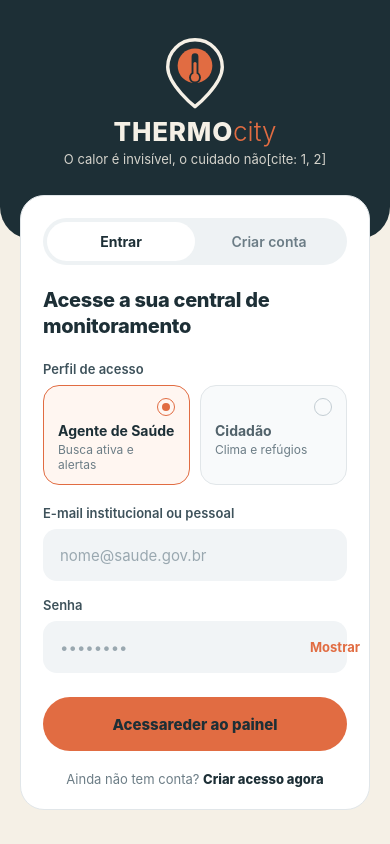
Repository: ThermoCity/thermo-city-mobile
Screen: /
These files come from the project's save history. The screen is drawn as it stood at one moment and after the next save; the edit follows.
The app was drawn by React Native's web renderer in a window 390 px wide. The project was rebuilt for these pictures with package versions that can differ from the ones it lists, and the page was loaded fresh each time. Some packages were replaced by stand-ins written for this rebuild.

Above is the screen before, as saved 2026-11-14 02:21:29.

### App.tsx
import LoginScreen from './src/screens/Login';
import { NavigationContainer } from '@react-navigation/native';
import { createNativeStackNavigator } from '@react-navigation/native-stack';


const Stack = createNativeStackNavigator();

export default function App() {
  return (
    <NavigationContainer>
        <Stack.Navigator>
          <Stack.Screen
            name="Login"
            component={LoginScreen}
            options={{ headerShown: false }}
          />
          </Stack.Navigator>
    </NavigationContainer>
  )
}

### src/screens/Login.tsx
import React, { useState } from 'react';
import {
  View,
  Text,
  TextInput,
  TouchableOpacity,
  StyleSheet,
  KeyboardAvoidingView,
  Platform,
  ScrollView,
  StatusBar,
} from 'react-native';
import { SafeAreaView } from 'react-native-safe-area-context';
import ThermoLogo from '../components/ThermoLogo';
import { BRAND_COLORS } from '../theme/thermoTheme';

export interface UserProfile {
  name: string;
  role: 'agente' | 'cidadao';
  unit: string;
}

type FieldKey = 'name' | 'email' | 'code' | 'password';

const ROLES: {
  key: 'agente' | 'cidadao';
  title: string;
  subtitle: string;
}[] = [
  { key: 'agente', title: 'Agente de Saúde', subtitle: 'Busca ativa e alertas' },
  { key: 'cidadao', title: 'Cidadão', subtitle: 'Clima e refúgios' },
];

const PLACEHOLDER_COLOR = '#9AA8B0';

export default function LoginScreen() {
  const [isRegistering, setIsRegistering] = useState<boolean>(false);
  const [role, setRole] = useState<'agente' | 'cidadao'>('agente');
  const [name, setName] = useState<string>('');
  const [email, setEmail] = useState<string>('');
  const [credentialCode, setCredentialCode] = useState<string>('');
  const [password, setPassword] = useState<string>('');
  const [showPassword, setShowPassword] = useState<boolean>(false);
  const [focused, setFocused] = useState<FieldKey | null>(null);

  const inputStyle = (key: FieldKey) => [
    styles.input,
    focused === key && styles.inputFocused,
  ];

  const focusProps = (key: FieldKey) => ({
    onFocus: () => setFocused(key),
    onBlur: () => setFocused((current) => (current === key ? null : current)),
  });

  return (
    <SafeAreaView style={styles.safeArea}>
      <StatusBar barStyle="light-content" backgroundColor={BRAND_COLORS.azulEscuro} />

      <KeyboardAvoidingView
        behavior={Platform.OS === 'ios' ? 'padding' : undefined}
        style={styles.flex}
      >
        <ScrollView
          style={styles.scroll}
          contentContainerStyle={styles.scrollContent}
          keyboardShouldPersistTaps="handled"
          showsVerticalScrollIndicator={false}
          bounces={false}
        >
          {/* ───────── MARCA ───────── */}
          <View style={styles.hero}>
            <ThermoLogo variant="dark" showText showSlogan size={62} />
          </View>

          {/* ───────── FORMULÁRIO ───────── */}
          <View style={styles.content}>
            <View style={styles.card}>
              <View style={styles.tabContainer}>
                <TouchableOpacity
                  style={[styles.tab, !isRegistering && styles.tabActive]}
                  onPress={() => setIsRegistering(false)}
                  activeOpacity={0.8}
                >
                  <Text style={[styles.tabText, !isRegistering && styles.tabTextActive]}>
                    Entrar
                  </Text>
                </TouchableOpacity>

                <TouchableOpacity
                  style={[styles.tab, isRegistering && styles.tabActive]}
                  onPress={() => setIsRegistering(true)}
                  activeOpacity={0.8}
                >
                  <Text style={[styles.tabText, isRegistering && styles.tabTextActive]}>
                    Criar conta
                  </Text>
                </TouchableOpacity>
              </View>

              <Text style={styles.formTitle}>
                {isRegistering
                  ? 'Registe o seu acesso no ThermoCity'
                  : 'Acesse a sua central de monitoramento'}
              </Text>

              <Text style={styles.label}>Perfil de acesso</Text>
              <View style={styles.roleRow}>
                {ROLES.map((item) => {
                  const selected = role === item.key;
                  return (
                    <TouchableOpacity
                      key={item.key}
                      style={[styles.roleButton, selected && styles.roleButtonSelected]}
                      onPress={() => setRole(item.key)}
                      activeOpacity={0.85}
                    >
                      <View style={styles.roleTop}>
                        <View style={[styles.radio, selected && styles.radioSelected]}>
                          {selected && <View style={styles.radioDot} />}
                        </View>
                      </View>
                      <Text style={[styles.roleTitle, selected && styles.roleTitleSelected]}>
                        {item.title}
                      </Text>
                      <Text style={styles.roleSubtitle}>{item.subtitle}</Text>
                    </TouchableOpacity>
                  );
                })}
              </View>

              {isRegistering && (
                <View style={styles.inputGroup}>
                  <Text style={styles.label}>Nome completo</Text>
                  <TextInput
                    style={inputStyle('name')}
                    placeholder="Ex.: Mariana Silva"
                    placeholderTextColor={PLACEHOLDER_COLOR}
                    value={name}
                    onChangeText={setName}
                    {...focusProps('name')}
                  />
                </View>
              )}

              <View style={styles.inputGroup}>
                <Text style={styles.label}>E-mail institucional ou pessoal</Text>
                <TextInput
                  style={inputStyle('email')}
                  placeholder="nome@saude.gov.br"
                  placeholderTextColor={PLACEHOLDER_COLOR}
                  keyboardType="email-address"
                  autoCapitalize="none"
                  autoCorrect={false}
                  value={email}
                  onChangeText={setEmail}
                  {...focusProps('email')}
                />
              </View>

              {isRegistering && (
                <View style={styles.inputGroup}>
                  <Text style={styles.label}>
                    {role === 'agente'
                      ? 'Matrícula / Registo da Equipe'
                      : 'Morada ou Código Postal de referência'}
                  </Text>
                  <TextInput
                    style={inputStyle('code')}
                    placeholder={role === 'agente' ? 'Ex.: ACS-4092' : 'Ex.: 19010-000'}
                    placeholderTextColor={PLACEHOLDER_COLOR}
                    value={credentialCode}
                    onChangeText={setCredentialCode}
                    {...focusProps('code')}
                  />
                </View>
              )}

              <View style={styles.inputGroup}>
                <Text style={styles.label}>Senha</Text>
                <View style={[styles.passwordWrap, focused === 'password' && styles.inputFocused]}>
                  <TextInput
                    style={styles.passwordInput}
                    placeholder="••••••••"
                    placeholderTextColor={PLACEHOLDER_COLOR}
                    secureTextEntry={!showPassword}
                    autoCapitalize="none"
                    value={password}
                    onChangeText={setPassword}
                    {...focusProps('password')}
                  />
                  <TouchableOpacity
                    onPress={() => setShowPassword((v) => !v)}
                    hitSlop={{ top: 10, bottom: 10, left: 10, right: 10 }}
                    accessibilityLabel={showPassword ? 'Ocultar senha' : 'Mostrar senha'}
                  >
                    <Text style={styles.showPasswordText}>
                      {showPassword ? 'Ocultar' : 'Mostrar'}
                    </Text>
                  </TouchableOpacity>
                </View>
              </View>

              <TouchableOpacity
                style={styles.submitButton}
                onPress={ () => {}}
                activeOpacity={0.85}
              >
                <Text style={styles.submitButtonText}>
                  {isRegistering ? 'Concluir registro' : 'Acessareder ao painel'}
                </Text>
              </TouchableOpacity>

              <TouchableOpacity
                style={styles.switchPrompt}
                onPress={() => setIsRegistering(!isRegistering)}
              >
                <Text style={styles.switchPromptText}>
                  {isRegistering ? 'Já possui registo? ' : 'Ainda não tem conta? '}
                  <Text style={styles.switchPromptHighlight}>
                    {isRegistering ? 'Iniciar sessão' : 'Criar acesso agora'}
                  </Text>
                </Text>
              </TouchableOpacity>
            </View>
          </View>
        </ScrollView>
      </KeyboardAvoidingView>
    </SafeAreaView>
  );
}

const styles = StyleSheet.create({
  safeArea: {
    flex: 1,
    backgroundColor: BRAND_COLORS.azulEscuro,
  },
  flex: {
    flex: 1,
  },
  scroll: {
    flex: 1,
    backgroundColor: BRAND_COLORS.offWhite,
  },
  scrollContent: {
    flexGrow: 1,
    paddingBottom: 36,
  },

  /* Marca */
  hero: {
    backgroundColor: BRAND_COLORS.azulEscuro,
    alignItems: 'center',
    paddingTop: 36,
    paddingBottom: 72,
    paddingHorizontal: 24,
    borderBottomLeftRadius: 32,
    borderBottomRightRadius: 32,
  },

  /* Cartão */
  content: {
    paddingHorizontal: 20,
    marginTop: -44,
  },
  card: {
    backgroundColor: BRAND_COLORS.branco,
    borderRadius: 24,
    padding: 22,
    borderWidth: StyleSheet.hairlineWidth,
    borderColor: '#E1E6E9',
    ...Platform.select({
      ios: {
        shadowColor: '#0B1A20',
        shadowOffset: { width: 0, height: 10 },
        shadowOpacity: 0.1,
        shadowRadius: 22,
      },
      android: { elevation: 5 },
      default: {},
    }),
  },

  /* Abas */
  tabContainer: {
    flexDirection: 'row',
    backgroundColor: '#EEF2F4',
    borderRadius: 999,
    padding: 4,
    marginBottom: 22,
  },
  tab: {
    flex: 1,
    paddingVertical: 11,
    alignItems: 'center',
    borderRadius: 999,
  },
  tabActive: {
    backgroundColor: BRAND_COLORS.branco,
    ...Platform.select({
      ios: {
        shadowColor: '#0B1A20',
        shadowOffset: { width: 0, height: 2 },
        shadowOpacity: 0.1,
        shadowRadius: 5,
      },
      android: { elevation: 2 },
      default: {},
    }),
  },
  tabText: {
    fontSize: 14,
    fontWeight: '600',
    color: '#6C7D86',
  },
  tabTextActive: {
    color: BRAND_COLORS.azulEscuro,
    fontWeight: '700',
  },
  formTitle: {
    fontSize: 20,
    fontWeight: '800',
    letterSpacing: -0.3,
    lineHeight: 26,
    color: BRAND_COLORS.azulEscuro,
    marginBottom: 22,
  },
  label: {
    fontSize: 13,
    fontWeight: '600',
    color: '#3E525B',
    marginBottom: 8,
  },

  /* Perfil */
  roleRow: {
    flexDirection: 'row',
    gap: 10,
    marginBottom: 20,
  },
  roleButton: {
    flex: 1,
    paddingVertical: 12,
    paddingHorizontal: 14,
    borderRadius: 16,
    borderWidth: 1.5,
    borderColor: '#E1E6E9',
    backgroundColor: '#F8FAFB',
  },
  roleButtonSelected: {
    borderColor: BRAND_COLORS.laranjaSol,
    backgroundColor: '#FFF6F1',
  },
  roleTop: {
    alignItems: 'flex-end',
    marginBottom: 6,
  },
  radio: {
    width: 18,
    height: 18,
    borderRadius: 9,
    borderWidth: 1.5,
    borderColor: '#C3CDD3',
    alignItems: 'center',
    justifyContent: 'center',
  },
  radioSelected: {
    borderColor: BRAND_COLORS.laranjaSol,
  },
  radioDot: {
    width: 8,
    height: 8,
    borderRadius: 4,
    backgroundColor: BRAND_COLORS.laranjaSol,
  },
  roleTitle: {
    fontSize: 14,
    fontWeight: '700',
    color: '#52636B',
  },
  roleTitleSelected: {
    color: BRAND_COLORS.azulEscuro,
  },
  roleSubtitle: {
    fontSize: 12,
    color: '#6C7D86',
    marginTop: 3,
  },

  /* Campos */
  inputGroup: {
    marginBottom: 16,
  },
  input: {
    height: 52,
    borderWidth: 1.5,
    borderColor: 'transparent',
    borderRadius: 14,
    paddingHorizontal: 16,
    fontSize: 15,
    color: BRAND_COLORS.azulEscuro,
    backgroundColor: '#F1F4F6',
  },
  inputFocused: {
    borderColor: BRAND_COLORS.laranjaSol,
    backgroundColor: BRAND_COLORS.branco,
  },
  passwordWrap: {
    height: 52,
    flexDirection: 'row',
    alignItems: 'center',
    borderWidth: 1.5,
    borderColor: 'transparent',
    borderRadius: 14,
    paddingHorizontal: 16,
    backgroundColor: '#F1F4F6',
  },
  passwordInput: {
    flex: 1,
    height: '100%',
    fontSize: 15,
    color: BRAND_COLORS.azulEscuro,
  },
  showPasswordText: {
    fontSize: 13,
    fontWeight: '700',
    color: BRAND_COLORS.laranjaSol,
    marginLeft: 10,
  },

  /* Ações */
  submitButton: {
    backgroundColor: BRAND_COLORS.laranjaSol,
    height: 54,
    borderRadius: 999,
    justifyContent: 'center',
    alignItems: 'center',
    marginTop: 8,
  },
  submitButtonText: {
    color: BRAND_COLORS.azulEscuro,
    fontSize: 15,
    fontWeight: '800',
  },
  switchPrompt: {
    marginTop: 20,
    alignItems: 'center',
  },
  switchPromptText: {
    fontSize: 13,
    color: '#6C7D86',
  },
  switchPromptHighlight: {
    color: BRAND_COLORS.azulEscuro,
    fontWeight: '800',
  },
});

### src/components/ThermoLogo.tsx
import { View, Text, StyleSheet } from 'react-native';
import Svg, { Path, Circle, Rect } from 'react-native-svg';
import { BRAND_COLORS } from '../theme/thermoTheme';

interface ThermoLogoProps {
  variant?: 'light' | 'dark';
  showText?: boolean;
  showSlogan?: boolean;
  size?: number;
}

export default function ThermoLogo({
  variant = 'light',
  showText = true,
  showSlogan = false,
  size = 56,
}: ThermoLogoProps) {
  const isDarkBg = variant === 'dark';
  const pinStroke = isDarkBg ? BRAND_COLORS.offWhite : BRAND_COLORS.azulEscuro;
  const thermometerCutout = isDarkBg ? BRAND_COLORS.azulEscuro : BRAND_COLORS.offWhite;
  const thermoTextColor = isDarkBg ? BRAND_COLORS.offWhite : BRAND_COLORS.azulEscuro;

  return (
    <View style={styles.container}>
      <Svg width={size} height={size * 1.2} viewBox="0 0 100 120">
        <Path
          d="M50 6 C25.7 6 6 25.7 6 50 C6 79 50 114 50 114 C50 114 94 79 94 50 C94 25.7 74.3 6 50 6 Z"
          fill="none"
          stroke={pinStroke}
          strokeWidth="5.5"
          strokeLinejoin="round"
        />
        <Circle cx="50" cy="48" r="28" fill={BRAND_COLORS.laranjaSol} />
        <Rect
          x="44.5"
          y="28"
          width="11"
          height="36"
          rx="5.5"
          fill={thermometerCutout}
        />
        <Circle cx="50" cy="67" r="9.5" fill={thermometerCutout} />
        <Rect
          x="47.5"
          y="42"
          width="5"
          height="22"
          rx="2.5"
          fill={BRAND_COLORS.laranjaSol}
        />
        <Circle cx="50" cy="67" r="6.5" fill={BRAND_COLORS.laranjaSol} />
      </Svg>

      {showText && (
        <View style={styles.wordmarkRow}>
          <Text style={[styles.thermoText, { color: thermoTextColor }]}>
            THERMO
          </Text>
          <Text style={styles.cityText}>city</Text>
        </View>
      )}

      {showSlogan && (
        <Text style={[styles.sloganText, { color: thermoTextColor }]}>
          O calor é invisível, o cuidado não[cite: 1, 2]
        </Text>
      )}
    </View>
  );
}

const styles = StyleSheet.create({
  container: {
    alignItems: 'center',
  },
  wordmarkRow: {
    flexDirection: 'row',
    alignItems: 'baseline',
    marginTop: 6,
  },
  thermoText: {
    fontSize: 26,
    fontWeight: '800',
    letterSpacing: 0.8,
  },
  cityText: {
    fontSize: 26,
    fontWeight: '300',
    color: BRAND_COLORS.laranjaSol,
  },
  sloganText: {
    marginTop: 4,
    fontSize: 13,
    fontWeight: '400',
    opacity: 0.85,
  },
});

### src/theme/thermoTheme.ts
export const BRAND_COLORS = {
  azulEscuro: '#1D2F36',
  laranjaSol: '#E16C42',
  offWhite: '#F5F0E6',
  branco: '#FFFFFF',
} as const;

export interface HeatLevelInfo {
  code: 'NC1' | 'NC2' | 'NC3' | 'NC4' | 'NC5';
  label: string;
  color: string;
  textColor: string;
}

export const HEAT_LEVELS: Record<'NC1' | 'NC2' | 'NC3' | 'NC4' | 'NC5', HeatLevelInfo> = {
  NC1: { code: 'NC1', label: 'Muito baixo', color: '#F0D8CA', textColor: '#1D2F36' },
  NC2: { code: 'NC2', label: 'Baixo', color: '#ECB49A', textColor: '#1D2F36' },
  NC3: { code: 'NC3', label: 'Moderado', color: '#E16C42', textColor: '#1D2F36' },
  NC4: { code: 'NC4', label: 'Alto', color: '#B85130', textColor: '#FFFFFF' },
  NC5: { code: 'NC5', label: 'Muito alto', color: '#853922', textColor: '#FFFFFF' },
};

export interface ThemeTokens {
  mode: 'light' | 'dark';
  background: string;
  card: string;
  cardBorder: string;
  navHeader: string;
  textPrimary: string;
  textSecondary: string;
  inputBg: string;
  inputBorder: string;
  primaryActionBg: string;
  primaryActionText: string;
  accentActionBg: string;
  accentActionText: string;
}

export const THEMES: Record<'light' | 'dark', ThemeTokens> = {
  light: {
    mode: 'light',
    background: '#EEF2F4',
    card: '#FFFFFF',
    cardBorder: '#D8E0E5',
    navHeader: '#1D2F36',
    textPrimary: '#1D2F36',
    textSecondary: '#52636B',
    inputBg: '#F8FAFB',
    inputBorder: '#CBD5DB',
    primaryActionBg: '#1D2F36',
    primaryActionText: '#FFFFFF',
    accentActionBg: '#E16C42',
    accentActionText: '#1D2F36',
  },
  dark: {
    mode: 'dark',
    background: '#242B30',
    card: '#303B42',
    cardBorder: '#3F4D56',
    navHeader: '#1D2F36',
    textPrimary: '#F7F9FA',
    textSecondary: '#B0BEC5',
    inputBg: '#242B30',
    inputBorder: '#45545E',
    primaryActionBg: '#E16C42',
    primaryActionText: '#1D2F36',
    accentActionBg: '#E16C42',
    accentActionText: '#1D2F36',
  },
};

Loaded but not shown: index.ts (common file)

After the next save:
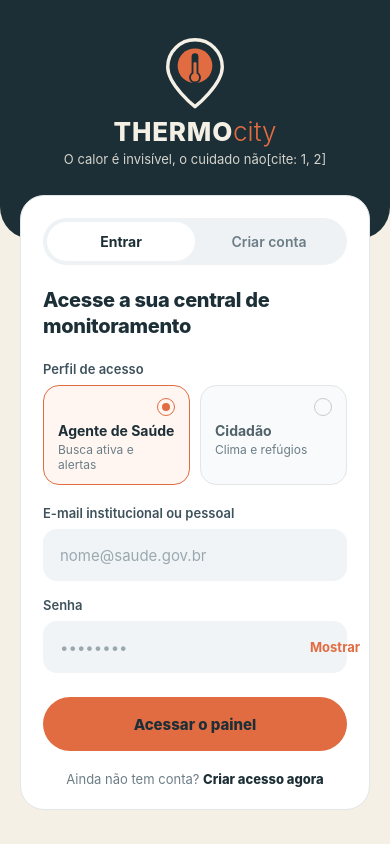
Saved 4 s later.
--- a/src/screens/Login.tsx
+++ b/src/screens/Login.tsx
@@ -207,7 +207,7 @@ export default function LoginScreen() {
                 activeOpacity={0.85}
               >
                 <Text style={styles.submitButtonText}>
-                  {isRegistering ? 'Concluir registro' : 'Acessareder ao painel'}
+                  {isRegistering ? 'Concluir registro' : 'Acessar o painel'}
                 </Text>
               </TouchableOpacity>
 
